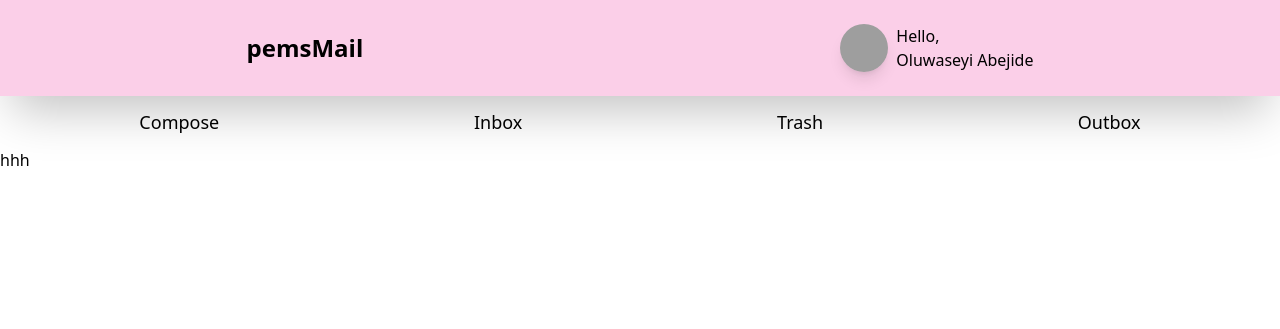
Repository: Semanmernstack/mailclone
Page: /
The author's editor kept a copy of each file at every save. The page is drawn from the files as they stood at one save, then again after the next save.
The browser window is 1280 px wide. The pictures show the whole page.
Pictures or frames that could not be fetched are drawn as grey boxes. The project was rebuilt for these pictures with package versions that can differ from the ones it lists, and the page was loaded fresh each time. Also part of the build but not shown: src/features/counter/Counter.module.css, src/features/counter/Counter.js.

Above is the page before, as saved 2023-01-16 02:43:44.

### src/App.js
import React from 'react';

import { Counter } from './features/counter/Counter';
import Header from './Header';
import {
  BrowserRouter,
  Routes,
  Route,
} from "react-router-dom";
import Open from './Open';
import Topbar from './Topbar';


function App() {
  return (
    <div className="App">

      <BrowserRouter>

        <Header/>
        <Topbar/>
        <Routes>
          <Route exact path="/" element={<Open/>} />
        </Routes>
      </BrowserRouter>
    </div>
  );
}

export default App;

### src/features/counter/counterSlice.js
import { createAsyncThunk, createSlice } from '@reduxjs/toolkit';
import { fetchCount } from './counterAPI';

const initialState = {
  value: 0,
  status: 'idle',
};

// The function below is called a thunk and allows us to perform async logic. It
// can be dispatched like a regular action: `dispatch(incrementAsync(10))`. This
// will call the thunk with the `dispatch` function as the first argument. Async
// code can then be executed and other actions can be dispatched. Thunks are
// typically used to make async requests.
export const incrementAsync = createAsyncThunk(
  'counter/fetchCount',
  async (amount) => {
    const response = await fetchCount(amount);
    // The value we return becomes the `fulfilled` action payload
    return response.data;
  }
);

export const counterSlice = createSlice({
  name: 'counter',
  initialState,
  // The `reducers` field lets us define reducers and generate associated actions
  reducers: {
    increment: (state) => {
      // Redux Toolkit allows us to write "mutating" logic in reducers. It
      // doesn't actually mutate the state because it uses the Immer library,
      // which detects changes to a "draft state" and produces a brand new
      // immutable state based off those changes
      state.value += 1;
    },
    decrement: (state) => {
      state.value -= 1;
    },
    // Use the PayloadAction type to declare the contents of `action.payload`
    incrementByAmount: (state, action) => {
      state.value += action.payload;
    },
  },
  // The `extraReducers` field lets the slice handle actions defined elsewhere,
  // including actions generated by createAsyncThunk or in other slices.
  extraReducers: (builder) => {
    builder
      .addCase(incrementAsync.pending, (state) => {
        state.status = 'loading';
      })
      .addCase(incrementAsync.fulfilled, (state, action) => {
        state.status = 'idle';
        state.value += action.payload;
      });
  },
});

export const { increment, decrement, incrementByAmount } = counterSlice.actions;

// The function below is called a selector and allows us to select a value from
// the state. Selectors can also be defined inline where they're used instead of
// in the slice file. For example: `useSelector((state: RootState) => state.counter.value)`
export const selectCount = (state) => state.counter.value;

// We can also write thunks by hand, which may contain both sync and async logic.
// Here's an example of conditionally dispatching actions based on current state.
export const incrementIfOdd = (amount) => (dispatch, getState) => {
  const currentValue = selectCount(getState());
  if (currentValue % 2 === 1) {
    dispatch(incrementByAmount(amount));
  }
};

export default counterSlice.reducer;

### src/Header.js
import React from 'react'

function Header() {
  return (
    <div className="flex items-center justify-around p-2     h-24 bg-pink-200 border-b-pink-800 shadow-2xl">
        <div>
            <h1 className="text-lg md:text-2xl font-semibold">pemsMail</h1>

        </div>
        <div className="flex items-center justify-evenly">

            <img className="h-12 w-12 rounded-full shadow-lg" src="https://cdn.pixabay.com/photo/2022/12/01/12/26/countryside-7629017__340.jpg" alt="pic" />
            <div className="ml-2">
                <p>Hello,</p>
                <p>Oluwaseyi Abejide</p>
            </div>
        </div>
    </div>
  )
}

export default Header

### src/Open.js
import React from 'react'

function Open() {
  return (
    <div>
        <h1>hhh</h1>
    </div>
  )
}

export default Open

### src/Topbar.js
import React from 'react'

function Topbar() {
  return (
    <div className="flex items-center justify-around text-lg p-3">
        <div className='hover:underline hover:text-red-900 hover:text-2xl'>
            <p>Compose</p>
        </div>
        <div className='hover:underline hover:text-red-900 hover:text-2xl'>
            <p>Inbox</p>
        </div>
        <div className='hover:underline hover:text-red-900 hover:text-2xl'>
            <p>Trash</p>
        </div>
        <div className='hover:underline hover:text-red-900 hover:text-2xl'>
            <p>Outbox</p>
        </div>
    </div>
  )
}

export default Topbar

### src/OpenRow.js
import React from 'react'

function OpenRow({ title, subject, description, time }) {
  return (
    <div>
      <div className="">
                    <h3>{title}</h3>
                </div>
                <div className="">
                    <h4>{subject}
                        <span className=""  >{description}</span>
                    </h4>
                </div>
                <div className="">
                    {time}
                </div>
    </div>
  )
}

export default OpenRow

Loaded but not shown: public/index.html (common file); src/index.js (common file); src/app/store.js (common file); src/reportWebVitals.js (common file); src/index.css (common file); src/features/counter/counterAPI.js (common file); tailwind.config.js (common file)

After the next save:
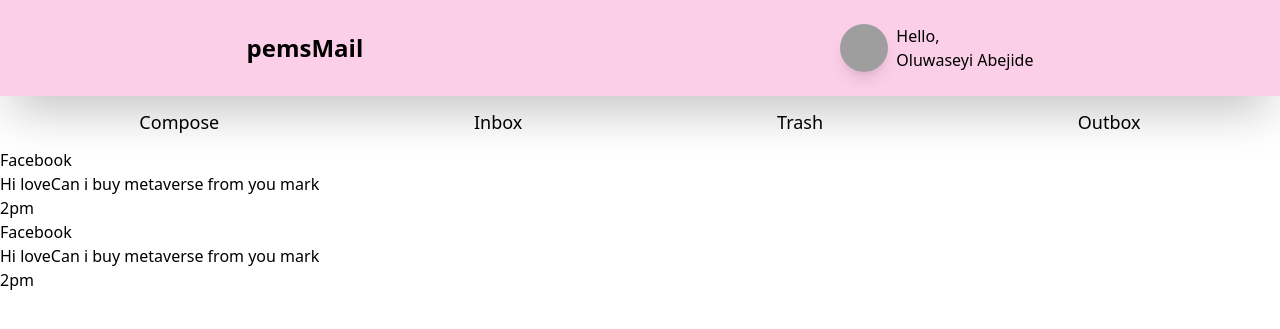
Saved 13 s later.
--- a/src/Open.js
+++ b/src/Open.js
@@ -1,9 +1,21 @@
 import React from 'react'
+import OpenRow from './OpenRow'
 
 function Open() {
   return (
     <div>
-        <h1>hhh</h1>
+         <OpenRow
+                    title="Facebook"
+                    subject="Hi love"
+                    description="Can i buy metaverse from you mark"
+                    time="2pm"
+                />
+                <OpenRow
+                    title="Facebook"
+                    subject="Hi love"
+                    description="Can i buy metaverse from you mark"
+                    time="2pm"
+                />
     </div>
   )
 }
